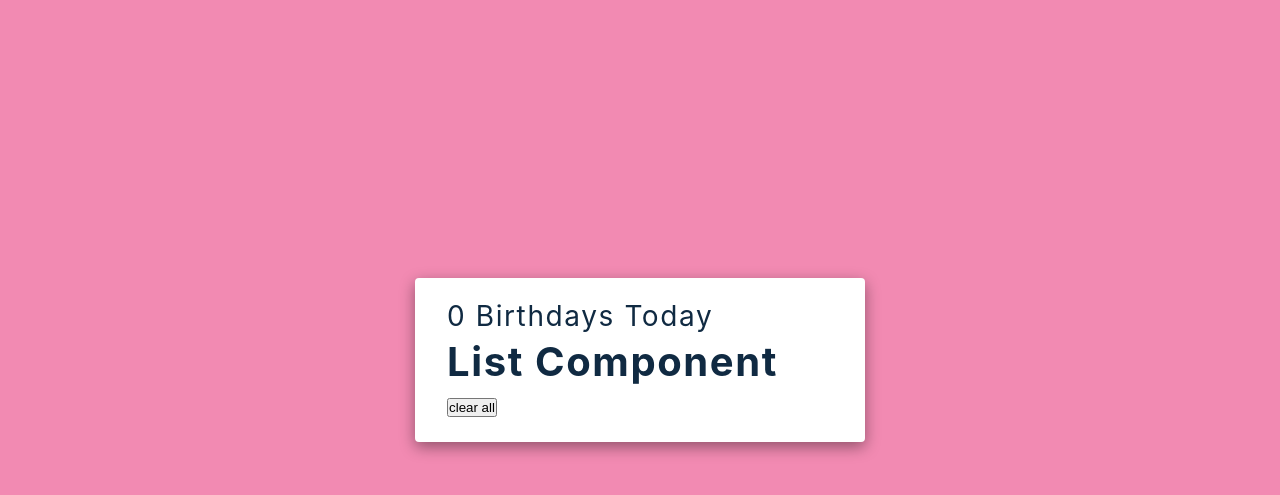
Repository: bodescuanamariia/birthday-reminder
Page: /
The author's editor kept a copy of each file at every save. The page is drawn from the files as they stood at one save, then again after the next save.
The browser window is 1280 px wide. The pictures show the whole page.
The project was rebuilt for these pictures with package versions that can differ from the ones it lists, and the page was loaded fresh each time. Imported but missing from the stored project, and not drawn on this page: src/data.

Above is the page before, as saved 2022-04-14 14:28:00.

### src/index.css
/*
===============
Variables
===============
*/

:root {
  /* dark shades of primary color  */
  --clr-primary-1: hsl(162, 61%, 89%);
  --clr-primary-2: hsl(162, 61%, 78%);
  --clr-primary-3: hsl(162, 61%, 67%);
  --clr-primary-4: hsl(162, 61%, 57%);

  /* primary main color  */
  --clr-primary-5: hsl(162, 73%, 46%);

  /* lighter shades of primary color  */
  --clr-primary-6: #1aa179;
  --clr-primary-7: #13795b;
  --clr-primary-8: #0d503c;
  --clr-primary-9: #06281e;

  /* darkest grey - used for headings */
  --clr-grey-1: hsl(212, 33%, 89%);
  --clr-grey-2: hsl(210, 31%, 80%);
  --clr-grey-3: hsl(211, 27%, 70%);
  --clr-grey-4: hsl(209, 23%, 60%);

  /* grey used for paragraphs */
  --clr-grey-5: hsl(210, 22%, 49%);
  --clr-grey-6: hsl(209, 28%, 39%);
  --clr-grey-7: hsl(209, 34%, 30%);
  --clr-grey-8: hsl(211, 39%, 23%);
  --clr-grey-9: hsl(209, 61%, 16%);
  --clr-white: #fff;
  --clr-red-dark: hsl(360, 67%, 44%);
  --clr-red-light: hsl(360, 71%, 66%);
  --clr-green-dark: hsl(125, 67%, 44%);
  --clr-green-light: hsl(125, 71%, 66%);
  --clr-black: #222;
  --transition: all 0.3s linear;
  --spacing: 0.1rem;
  --radius: 0.25rem;
  --light-shadow: 0 5px 15px rgba(0, 0, 0, 0.1);
  --dark-shadow: 0 5px 15px rgba(0, 0, 0, 0.4);
  --max-width: 1170px;
  --fixed-width: 450px;
  --clr-pink: #f28ab2;
}

/*
===============
Global Styles
===============
*/
*,
::after,
::before {
  margin: 0;
  padding: 0;
  box-sizing: border-box;
}
body {
  font-family: -apple-system, BlinkMacSystemFont, "Segoe UI", "Roboto", "Oxygen",
    "Ubuntu", "Cantarell", "Fira Sans", "Droid Sans", "Helvetica Neue",
    sans-serif;
  background: var(--clr-pink);
  color: var(--clr-grey-9);
  line-height: 1.5;
  font-size: 0.875rem;
}
ul {
  list-style-type: none;
}
a {
  text-decoration: none;
}
h1,
h2,
h3,
h4 {
  letter-spacing: var(--spacing);
  text-transform: capitalize;
  line-height: 1.25;
  margin-bottom: 0.75rem;
}
h1 {
  font-size: 3rem;
}
h2 {
  font-size: 2rem;
}
h3 {
  font-size: 1.25rem;
}
h4 {
  font-size: 0.875rem;
}
p {
  margin-bottom: 1.25rem;
  color: var(--clr-grey-5);
}
@media screen and (min-width: 800px) {
  h1 {
    font-size: 4rem;
  }
  h2 {
    font-size: 2.5rem;
  }
  h3 {
    font-size: 1.75rem;
  }
  h4 {
    font-size: 1rem;
  }
  body {
    font-size: 1rem;
  }
  h1,
  h2,
  h3,
  h4 {
    line-height: 1;
  }
}

/*
===============
Global Classes
===============
*/
main {
  min-height: 100vh;
  display: flex;
  justify-content: center;
  align-items: center;
}

.container {
  width: 90vw;
  margin: 5rem 0;
  max-width: var(--fixed-width);
  background: var(--clr-white);
  border-radius: var(--radius);
  padding: 1.5rem 2rem;
  box-shadow: var(--dark-shadow);
}

.container h3 {
  font-weight: normal;
  text-transform: ;
}

### src/App.js
import React, { useState } from "react";
import List from "./List";
import data from "./data";

function App() {
  return (
    <main>
      <section className="container">
        <h3>0 birthdays today</h3>
        <List />
        <button onClick={() => console.log("you clicked me")}>clear all</button>
      </section>
    </main>
  );
}

export default App;

### src/List.js
import React from "react";

const List = () => {
  return (
    <>
      <h2>list component</h2>
    </>
  );
};

export default List;

Loaded but not shown: public/index.html (common file); src/index.js (common file)

After the next save:
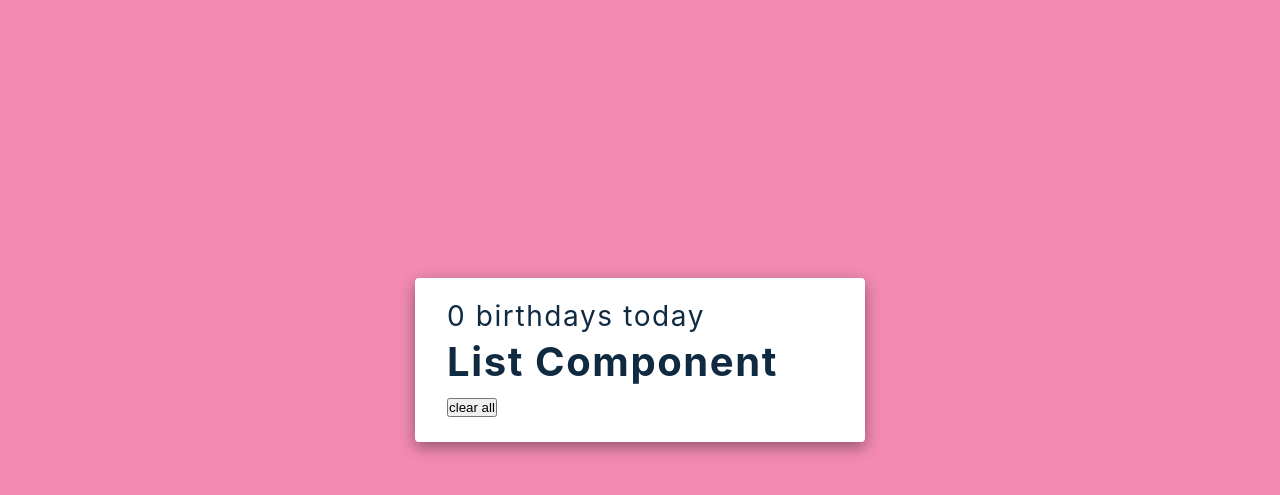
Saved 8 s later.
--- a/src/index.css
+++ b/src/index.css
@@ -148,5 +148,5 @@ main {
 
 .container h3 {
   font-weight: normal;
-  text-transform: ;
+  text-transform: none;
 }
